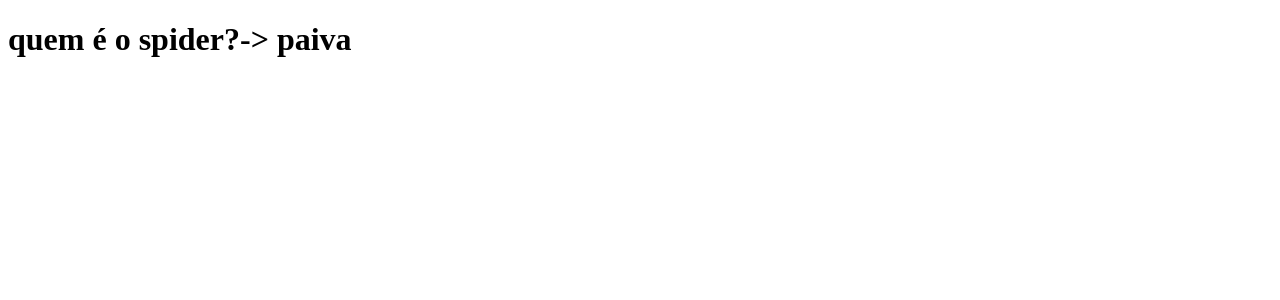
Repository: Lucaswendell/aulas-paulo-petrola-lab-software
Page: http://localhost/java_web/
An editor plug-in stored every save of this project. The page is shown before and after the next save, followed by the edit.
The browser window is 1280 px wide. The pictures show the whole page.
The page is served by Tomcat 9.

Above is the page before, as saved 2019-02-16 19:23:06.

After the next save:
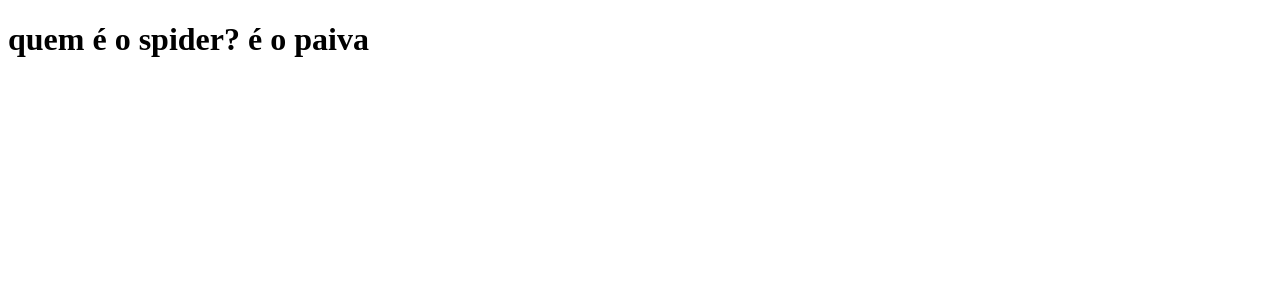
Saved 7 min 17 s later.
--- a/java_web/WebContent/index.jsp
+++ b/java_web/WebContent/index.jsp
@@ -12,6 +12,6 @@
 		nome = "paiva";
 	%>
 	<%-- delimitador de expresão: só saída <%= "ola"%>--%>
-	<h1>quem é o spider?-> <%= nome%></h1>
+	<h1>quem é o spider? é o <%= nome%></h1>
 </body>
 </html>
